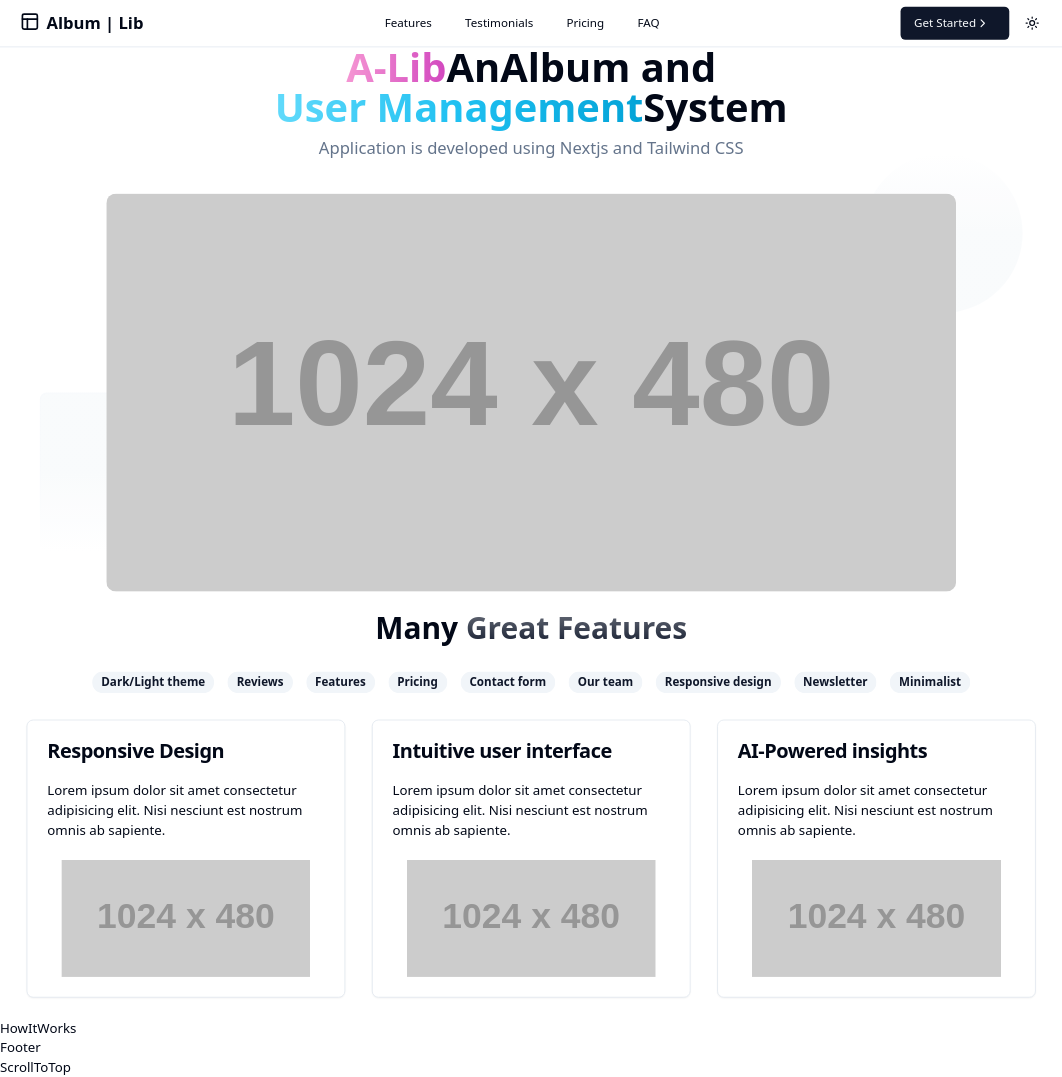
Repository: DevLaukey/savannah-informatics-test
Page: /
These files come from the project's save history. The page is drawn as it stood at one moment and after the next save; the edit follows.
The browser window is 1280 px wide. The pictures show the whole page, at 83% of full size.
The project was rebuilt for these pictures with package versions that can differ from the ones it lists, and the page was loaded fresh each time. The framework's server and built-in components were replaced by stand-ins that run in the browser. Also part of the build but not shown: next.config.mjs.

Above is the page before, as saved 2024-06-04 22:24:26.

After the next save:
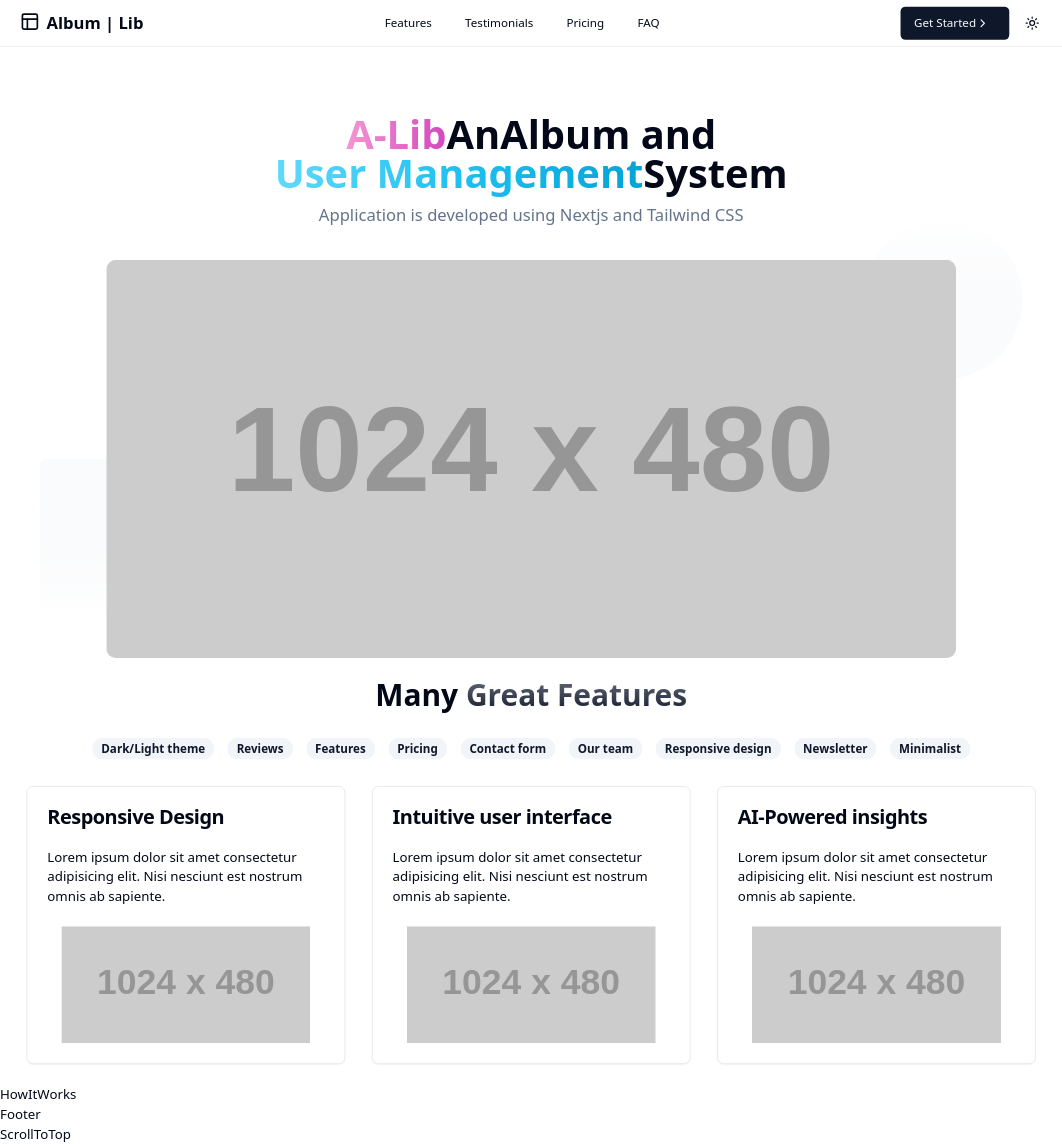
Saved 22 s later.
--- a/components/landing-page/Hero.jsx
+++ b/components/landing-page/Hero.jsx
@@ -2,7 +2,7 @@ const Hero = () => {
   return (
     <>
       {/* Hero */}
-      <div className="relative overflow-hidden ">
+      <div className="relative overflow-hidden pt-14 lg:pt-20">
         <div className="container">
           <div className="max-w-2xl text-center mx-auto">
             <main className="text-3xl md:text-5xl font-bold">
